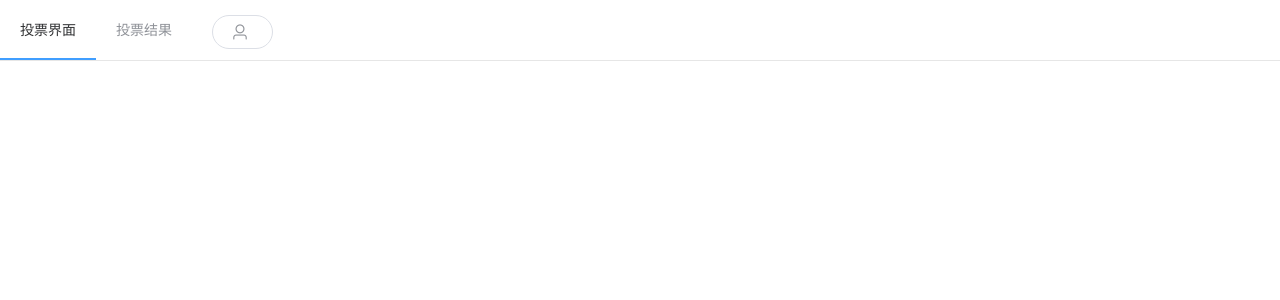
Repository: 280hhh/vote
Page: /#/home
These files come from the project's save history. The page is drawn as it stood at one moment and after the next save; the edit follows.
The browser window is 1280 px wide. The pictures show the whole page.
The project was rebuilt for these pictures with package versions that can differ from the ones it lists, and the page was loaded fresh each time. Also part of the build but not shown: src/components/login.vue, src/components/register.vue, src/components/result.vue.

Above is the page before, as saved 2021-06-12 16:50:20.

After the next save:
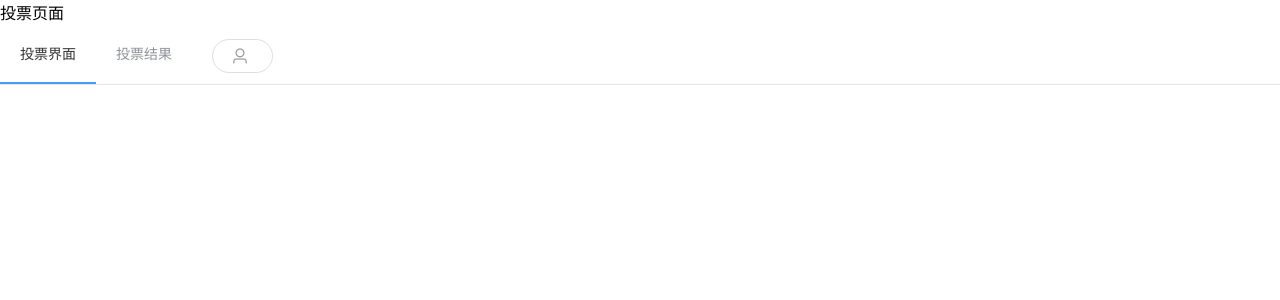
Saved 3 min 14 s later.
--- a/src/components/home.vue
+++ b/src/components/home.vue
@@ -1,5 +1,5 @@
 <template>
-
+  <div>投票页面</div>
 </template>
 
 <script>
